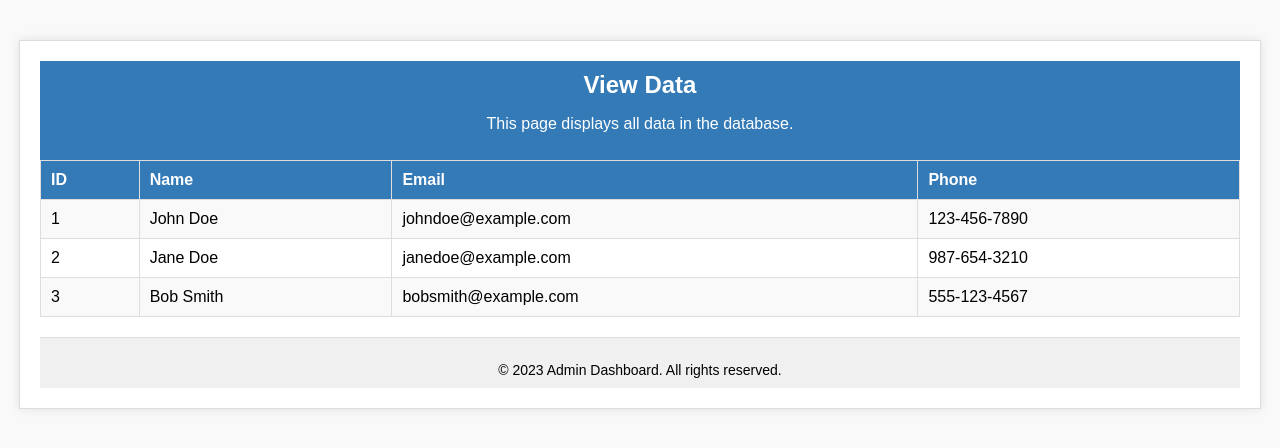
Repository: shamchiwade/GroceryNow
Page: http://localhost/ShopManagement/viewData.jsp
The author's editor kept a copy of each file at every save. The page is drawn from the files as they stood at one save, then again after the next save.
The browser window is 1280 px wide. The pictures show the whole page.
The page is served by Tomcat 10. Nobody is signed in. The application's start-up code is not run.

Above is the page before, as saved 2024-10-05 18:41:28.

After the next save:
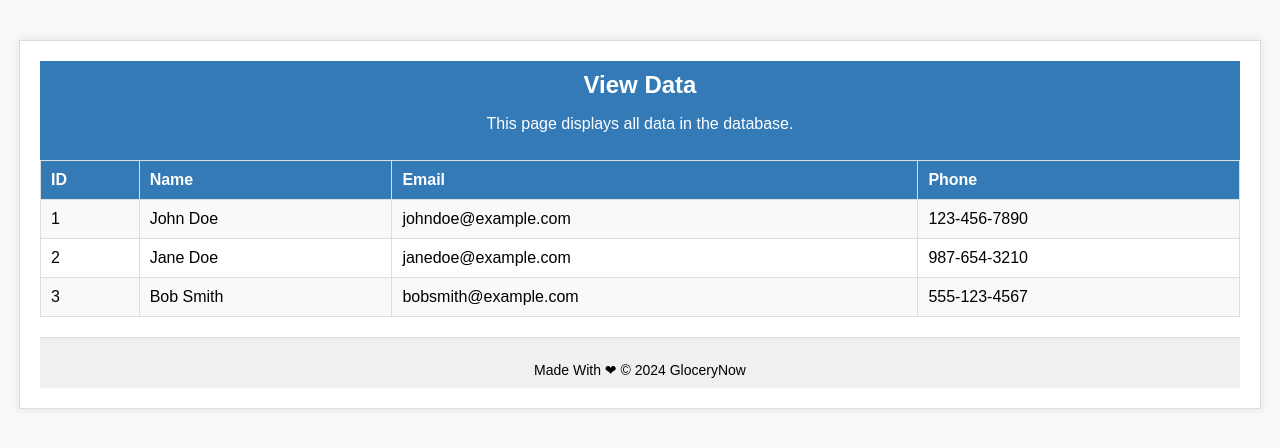
Saved 16 s later.
--- a/ShopManagement/src/main/webapp/viewData.jsp
+++ b/ShopManagement/src/main/webapp/viewData.jsp
@@ -106,7 +106,7 @@
             </tr>
         </table>
         <div class="admin-footer">
-            <p>&copy; 2023 Admin Dashboard. All rights reserved.</p>
+            <p>Made With ❤ &copy; 2024 GloceryNow</p>
         </div>
     </div>
 </body>
